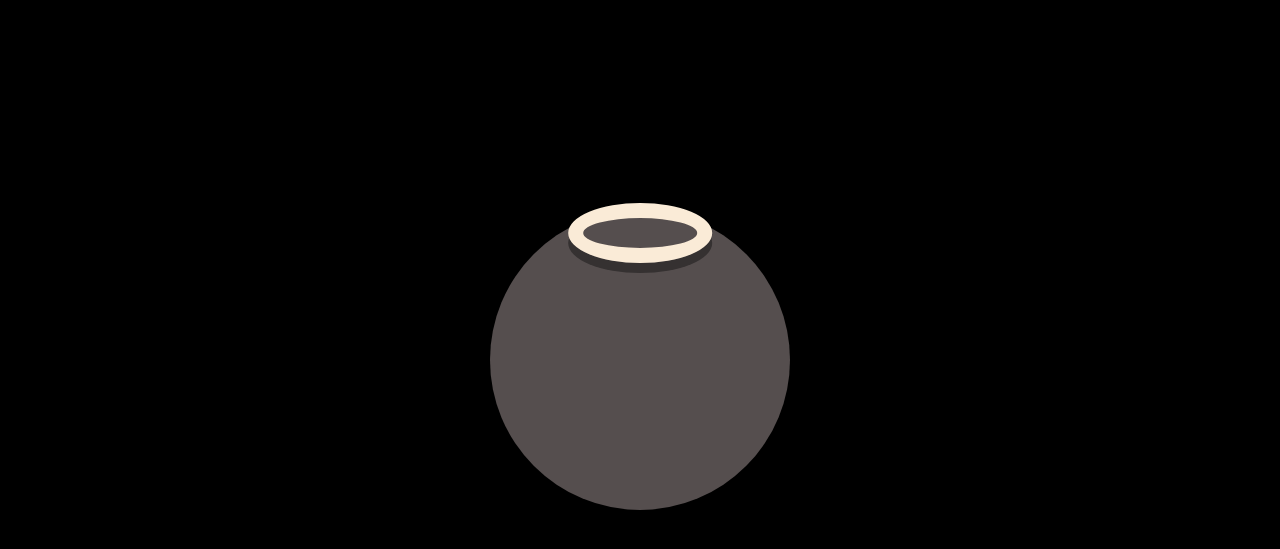
Repository: zjria/Colorful-Glowing-Liquid-Bowl-Animation-Effects
Page: index.html
An editor plug-in stored every save of this project. The page is shown before and after the next save, followed by the edit.
The browser window is 1280 px wide. The pictures show the whole page.

Above is the page before, as saved 2022-04-15 17:44:38.

### index.html
<!DOCTYPE html>
<html lang="en">
<head>
    <meta charset="UTF-8">
    <meta http-equiv="X-UA-Compatible" content="IE=edge">
    <meta name="viewport" content="width=device-width, initial-scale=1.0">
    <title>Colorful Glowing Liquid Bowl Animation Effects</title>
    <link rel="stylesheet" href="style.css">
</head>
<body>
    <section>
        <div class="bowl">
            <div class="liquid">

            </div>
        </div>

    </section>
</body>
</html>

### style.css
*{
    margin: 0;
    padding: 0;
    box-sizing: border-box;
}
section{
    display: flex;
    justify-content: center;
    align-items: center;
    background-color: black;
    min-height: 100vh;
}
.bowl{
    position: relative;
    width: 300px;
    height: 300px;
    border-radius: 50%;
    background-color: rgb(85, 78, 78);
    border: 8px solid transparent;
}
.bowl::before{
    content: "";
    position: absolute;
    top: -15px;
    left: 50%;
    transform: translate(-50%);
    width: 40%;
    height: 30px;
    border-radius: 50%;
    border: 15px solid antiquewhite;
    box-shadow: 0 10px rgb(53, 49, 49) ;
}

After the next save:
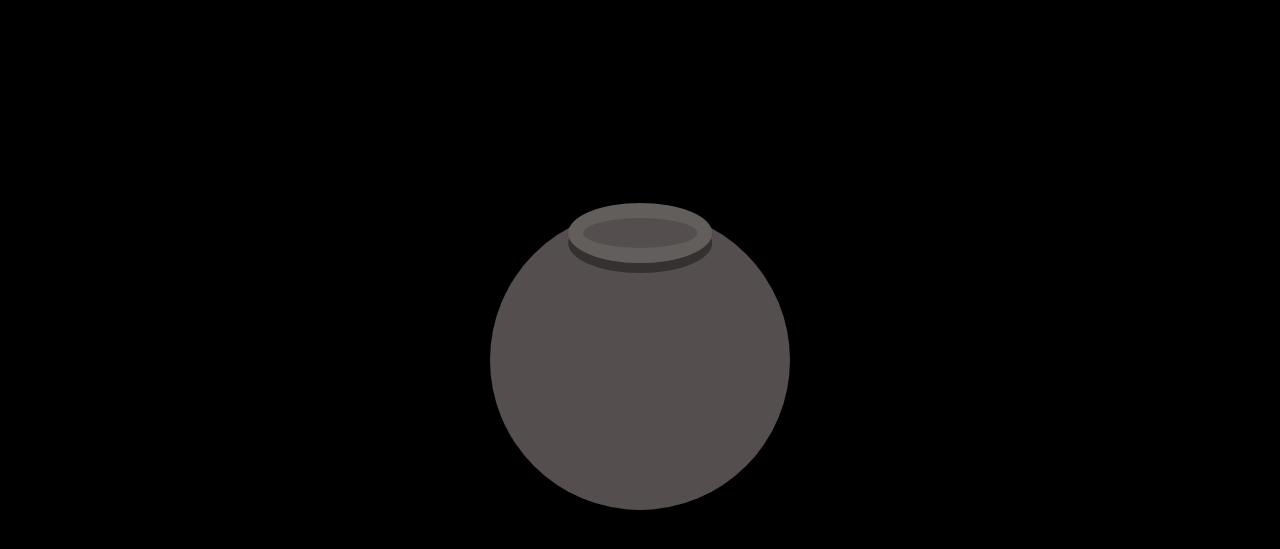
Saved 19 s later.
--- a/style.css
+++ b/style.css
@@ -27,6 +27,6 @@
     width: 40%;
     height: 30px;
     border-radius: 50%;
-    border: 15px solid antiquewhite;
+    border: 15px solid rgb(97, 94, 91);
     box-shadow: 0 10px rgb(53, 49, 49) ;
 }
